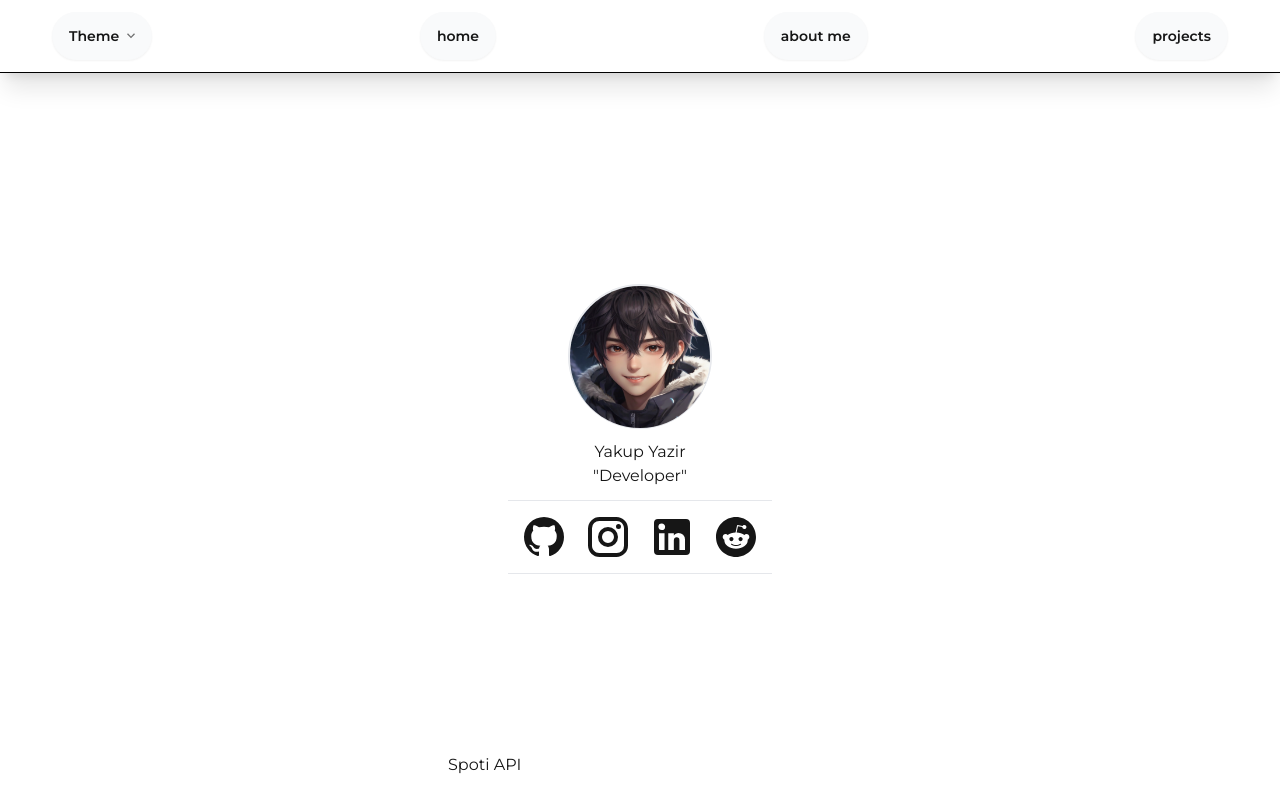
Repository: Yakyaz/myWebsite
Page: /home
An editor plug-in stored every save of this project. The page is shown before and after the next save, followed by the edit.
The browser window is 1280 px wide. The pictures show the whole page.
The project was rebuilt for these pictures with package versions that can differ from the ones it lists, and the page was loaded fresh each time. The framework's server and built-in components were replaced by stand-ins that run in the browser. Also part of the build but not shown: next.config.js.

Above is the page before, as saved 2023-12-03 19:11:58.

### app/layout.tsx
import type { Metadata } from "next";
import { Montserrat } from "next/font/google";
import "./globals.css";
import Navbar from "../components/navbar";

const montserrat = Montserrat({ subsets: ["latin"] });

export const metadata: Metadata = {
  title: "Create Next App",
  description: "Generated by create next app",
};

export default function RootLayout({
  children,
}: {
  children: React.ReactNode;
}) {
  return (
    <html lang="en" data-theme="pastel" style={{ overflow: "hidden" }}>
      <body className={montserrat.className} style={{ overflow: "hidden" }}>
        <Navbar />
        <div>{children}</div>
      </body>
    </html>
  );
}

### app/home/page.tsx
import Link from "next/link";
import Icon from "@mdi/react";
import { mdiGithub, mdiInstagram, mdiLinkedin, mdiReddit } from "@mdi/js";
import Image from "next/image";
import pb from "public/pb.png";

function Home() {
  return (
    <main className="w-screen h-screen flex flex-col items-center justify-center ">
      <div
        className="w-11/12 flex justify-center items-center "
        style={{
          height: "90%",
        }}
      >
        <div className="flex flex-col justify-center items-center">
          <div className="border rounded-full mb-3 h-36 w-36 text-center">
            <Image
              className="border rounded-full mb-3 h-36 w-36 text-center"
              alt="Pb"
              src={pb}
              placeholder="blur"
              quality={100}
              sizes="100%"
            />
          </div>

          <div className="text-center">
            <h1>Yakup Yazir</h1>
            <h4>"Developer"</h4>
          </div>
          <div className="flex flex-row space-x-4 border border-x-0 mt-3 p-3">
            <a href="https://github.com/It3chii ">
              <Icon path={mdiGithub} size={2} />
            </a>
            <a href="https://www.instagram.com/yakupwrld_/">
              <Icon path={mdiInstagram} size={2} />
            </a>
            <a href="https://www.linkedin.com/in/yakup-yazir-aa9a61247/">
              <Icon path={mdiLinkedin} size={2} />
            </a>
            <a href="https://www.reddit.com/user/It3chii">
              <Icon path={mdiReddit} size={2} />
            </a>
          </div>
        </div>
      </div>
      <div className="w-96 h-2">Spoti API</div>
    </main>
  );
}

export default Home;

### components/navbar.tsx
import Link from "next/link";
import React from "react";
import Toggle from "./toggle";

const Navbar = () => {
  return (
    <ul className="flex flex-row justify-between items-center p-2 pr-12 pl-12 border-b border-black shadow-xl">
      <li>
        <Toggle />
      </li>
      <li>
        <Link className="btn m-1  " href="/home">
          home
        </Link>
      </li>
      <li>
        <Link className="btn m-1" href="/about">
          about me
        </Link>
      </li>
      <li>
        <Link className="btn m-1" href="/projects">
          projects
        </Link>
      </li>
    </ul>
  );
};

export default Navbar;

### components/toggle.tsx
import React from "react";

const Toggle = () => {
  return (
    <div className="dropdown ">
      <div tabIndex={0} role="button" className="btn m-1">
        Theme
        <svg
          width="12px"
          height="12px"
          className="h-2 w-2 fill-current opacity-60 inline-block"
          xmlns="http://www.w3.org/2000/svg"
          viewBox="0 0 2048 2048"
        >
          <path d="M1799 349l242 241-1017 1017L7 590l242-241 775 775 775-775z"></path>
        </svg>
      </div>
      <ul
        tabIndex={0}
        className="dropdown-content z-[1] p-2 shadow-2xl bg-base-300 rounded-box w-52"
      >
        <li>
          <input
            type="radio"
            name="theme-dropdown"
            className="theme-controller btn btn-sm btn-block btn-ghost justify-start"
            aria-label="Default"
            value="default"
          />
        </li>
        <li>
          <input
            type="radio"
            name="theme-dropdown"
            className="theme-controller btn btn-sm btn-block btn-ghost justify-start"
            aria-label="Retro"
            value="retro"
          />
        </li>
        <li>
          <input
            type="radio"
            name="theme-dropdown"
            className="theme-controller btn btn-sm btn-block btn-ghost justify-start"
            aria-label="Cyberpunk"
            value="cyberpunk"
          />
        </li>
        <li>
          <input
            type="radio"
            name="theme-dropdown"
            className="theme-controller btn btn-sm btn-block btn-ghost justify-start"
            aria-label="Dracula"
            value="dracula"
          />
        </li>
        <li>
          <input
            type="radio"
            name="theme-dropdown"
            className="theme-controller btn btn-sm btn-block btn-ghost justify-start"
            aria-label="Aqua"
            value="aqua"
          />
        </li>
      </ul>
    </div>
  );
};

export default Toggle;

### tailwind.config.ts
import type { Config } from "tailwindcss";

const config: Config = {
  content: [
    "./pages/**/*.{js,ts,jsx,tsx,mdx}",
    "./components/**/*.{js,ts,jsx,tsx,mdx}",
    "./app/**/*.{js,ts,jsx,tsx,mdx}",
  ],
  theme: {
    extend: {
      backgroundImage: {
        "gradient-radial": "radial-gradient(var(--tw-gradient-stops))",
        "gradient-conic":
          "conic-gradient(from 180deg at 50% 50%, var(--tw-gradient-stops))",
      },
    },
  },
  plugins: [require("daisyui")],
  daisyui: {
    themes: ["pastel", "retro", "cyberpunk", "dracula", "aqua"],
  },
};
export default config;

Loaded but not shown: app/globals.css (common file)

After the next save:
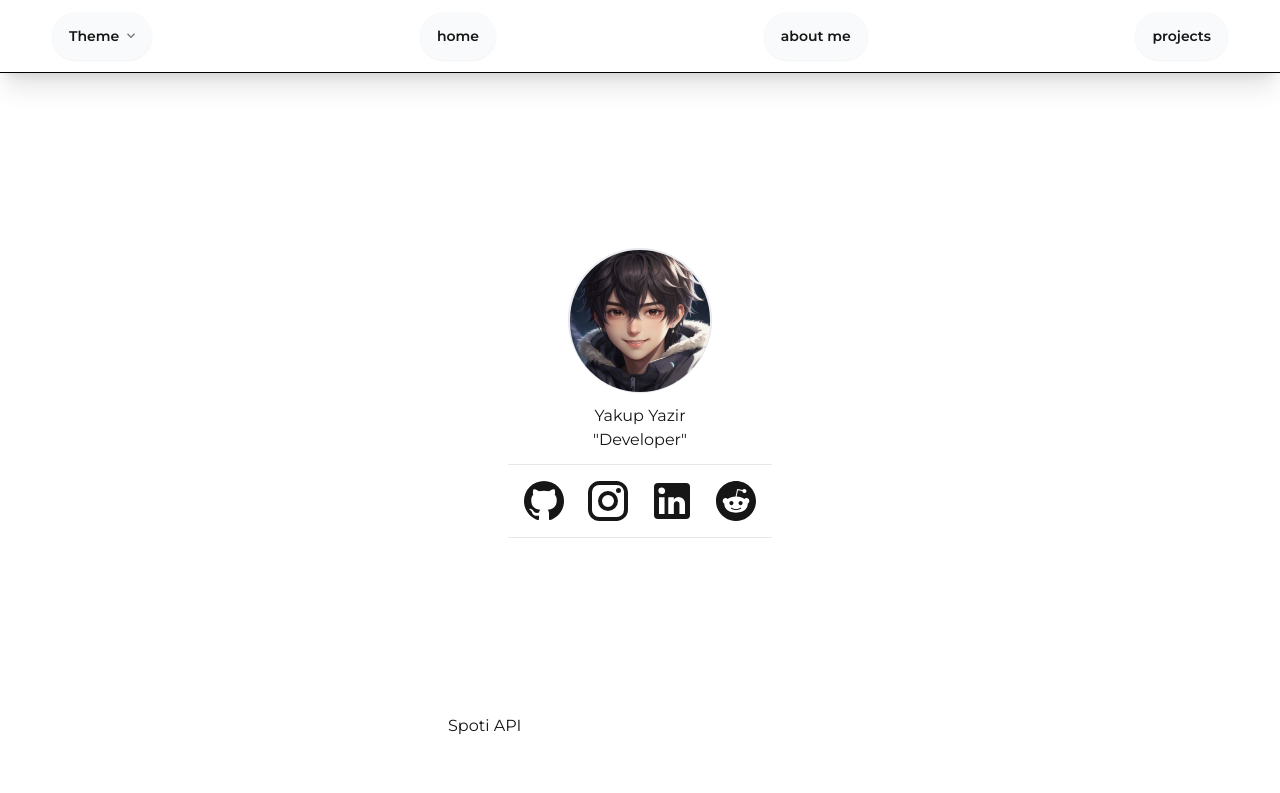
Saved 4 s later.
--- a/app/home/page.tsx
+++ b/app/home/page.tsx
@@ -45,7 +45,7 @@ function Home() {
           </div>
         </div>
       </div>
-      <div className="w-96 h-2">Spoti API</div>
+      <div className="w-96 h-20">Spoti API</div>
     </main>
   );
 }
